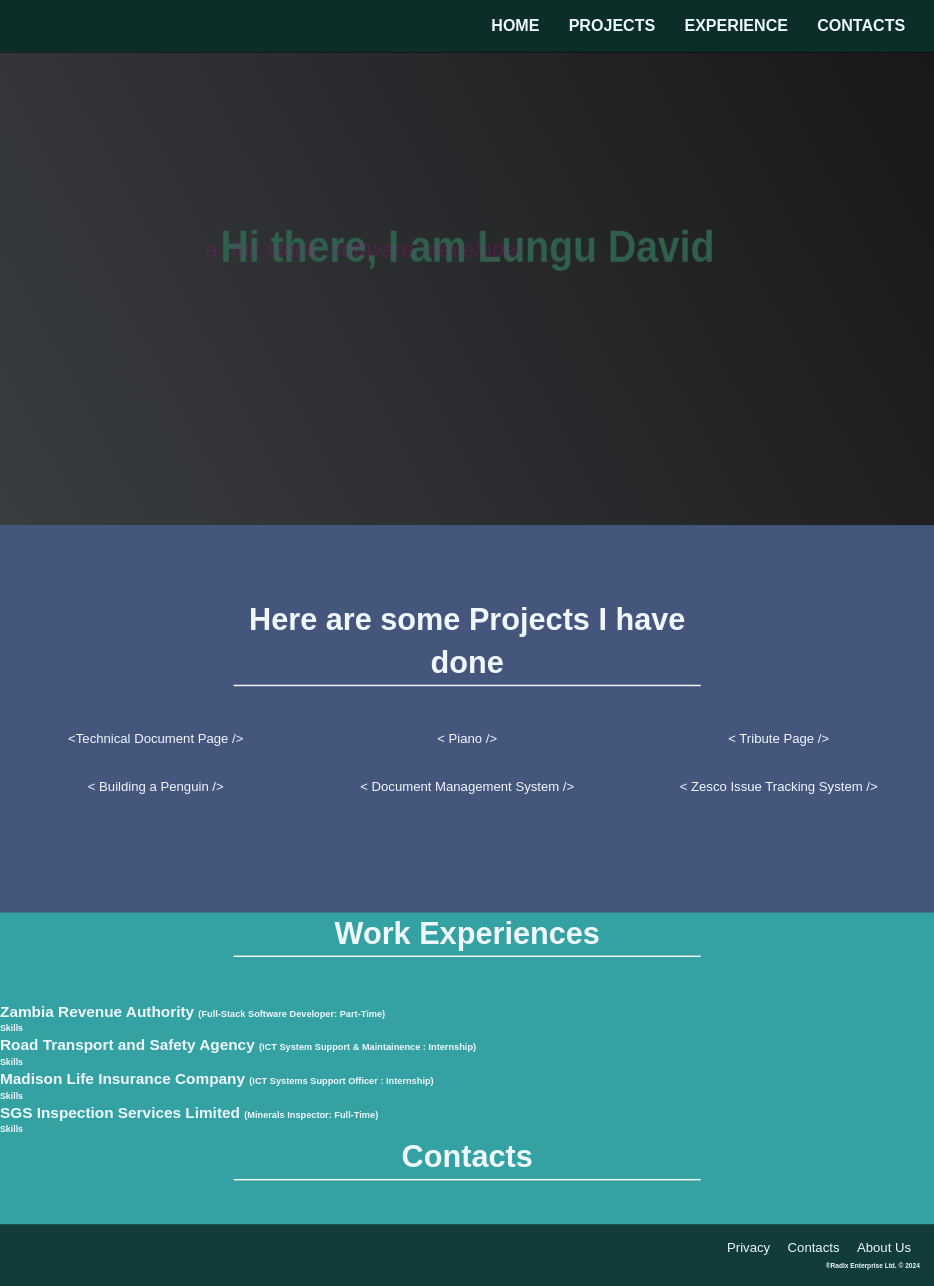
Repository: Lungdjos/personal_portifolio
Page: html/index.html
These files come from the project's save history. The page is drawn as it stood at one moment and after the next save; the edit follows.
The browser window is 1280 px wide. The pictures show the whole page, at 73% of full size.

Above is the page before, as saved 2024-02-04 00:12:14.

### html/index.html
<!DOCTYPE html>
<html lang="en">

<head>
    <meta charset="UTF-8">
    <meta name="viewport" content="width=device-width, initial-scale=1.0">
    <title>Personal Portifolio</title>
    <link rel="stylesheet" href="/css/styles.css">
</head>

<body>
    <header class="header">
        <nav id="navbar">
            <ul class="nav-list">
                <li><a href="#Home" class="nav-link"><i class=""></i>Home</a></li>
                <li>
                    <a href="#Projects" class="nav-link"> <i class=""></i>Projects</a>
                </li>
                <li>
                    <a href="#Work-Experience" class="nav-link"> <i class=""></i>Experience</a>
                </li>
                <li><a href="#Contacts" class="nav-link"><i class=""></i>Contacts</a></li>
            </ul>
        </nav>
    </header>
    <main class="m-3">
        <div id="spacer"></div>
        <section class="home" id="Home">
            <div id="welcome-section">
                <h1 id="title">Hi there, I am Lungu David</h1>
                <p id="sub-title"><span>a</span> <span>full-stack</span> <span>software</span> <span>developer</span></p>
            </div>
        </section>

        <div id="spacer"></div>
        <section class="project-section" id="Projects">
            <h2 id="project-heading" class="heading">Here are some Projects I have done</h2>

            <div class="project-grid">
                <a href="" target="_blank" class="project project-title">

                    <p class="project-title">
                        <span class="code">&lt;</span>Technical Document Page
                        <span class="code">/&gt;</span>
                    </p>

                </a>

                <a href="" target="_blank" class="project project-title">
                    <p class="project-title">
                        <span class="code">&lt;</span> Piano
                        <span class="code">/&gt;</span>
                    </p>
                </a>

                <a href="" target="_blank" class="project project-title">
                    <p class="project-title">
                        <span class="code">&lt;</span> Tribute Page
                        <span class="code">/&gt;</span>
                    </p>
                </a>

                <a href="" target="_blank" class="project project-title">
                    <p class="project-title">
                        <span class="code">&lt;</span> Building a Penguin
                        <span class="code">/&gt;</span>
                    </p>
                </a>

                <a href="" target="_blank" class="project project-title">
                    <p class="project-title">
                        <span class="code">&lt;</span> Document Management System
                        <span class="code">/&gt;</span>
                    </p>
                </a>

                <a href="" target="_blank" class="project project-title">
                    <p class="project-title">
                        <span class="code">&lt;</span> Zesco Issue Tracking System
                        <span class="code">/&gt;</span>
                    </p>
                </a>

            </div>
        </section>
        <div id="spacer"></div>
        <section class="" id="Work-Experience">
            <h2 class="heading work-exp-heading">Work Experiences</h2>
            <div id="grid">
                <div id="icon"></div>
                <div class="experience">
                    <h3>Zambia Revenue Authority <small>(Full-Stack Software Developer: Part-Time)</small></h3>
                    <h6 class="skills">Skills</h6>
                    <p>
                        <ul>
                            <li></li>
                            <li></li>
                            <li></li>
                            <li></li>
                        </ul>
                    </p>
                </div>
            </div>

            <div id="grid">
                <div id="icon"></div>
                <div class="experience">
                    <h3>Road Transport and Safety Agency <small>(ICT System Support & Maintainence : Internship)</small></h3>
                    <h6 class="skills">Skills</h6>
                    <p>
                        <ul>
                            <li></li>
                            <li></li>
                            <li></li>
                            <li></li>
                        </ul>
                    </p>
                </div>
            </div>

            <div id="grid">
                <div id="icon"></div>
                <div class="experience">
                    <h3>Madison Life Insurance Company <small>(ICT Systems Support Officer : Internship)</small></h3>
                    <h6 class="skills">Skills</h6>
                    <p>
                        <ul>
                            <li></li>
                            <li></li>
                            <li></li>
                            <li></li>
                        </ul>
                    </p>
                </div>
            </div>

            <div id="grid">
                <div id="icon"></div>
                <div class="experience">
                    <h3>SGS Inspection Services Limited <small>(Minerals Inspector: Full-Time)</small></h3>
                    <h6 class="skills">Skills</h6>
                    <p>
                        <ul>
                            <li></li>
                            <li></li>
                            <li></li>
                            <li></li>
                        </ul>
                    </p>
                </div>
            </div>
        </section>
        <div id="spacer"></div>
        <section class="contact" id="Contacts">
            <h2 class="heading contacts-heading">Contacts</h2>
        </section>
    </main>
    <footer>
        <ul>
            <li><a href="">Privacy</a></li>
            <li><a href="">Contacts</a></li>
            <li><a href="">About Us</a></li>
        </ul>
        <span>&REG;Radix Enterprise Ltd. &copy; 2024</span>
    </footer>
</body>

</html>

### css/styles.css
/** STYLING FOR THE PORTIFOLIO **/


/* the root selector */

:root {
    /* colors */
    --main-col: aliceblue;
    --bc-1: #34a2a2;
    --bc-2: #0b2e28;
    --bc-3: #123b3b;
    --bc-4: #45567d;
    /* values */
}


/* general stylings */

html {
    font-size: 62.5%;
    box-sizing: border-box;
    scroll-behavior: smooth;
}

* {
    margin: 0;
    padding: 0;
}


/* box-sizing and font sizing */

*,
*::before,
*::after {
    box-sizing: inherit;
}


/* body styling */

body {
    font-family: 'Poppins', sans-serif;
    font-size: 1.8rem;
    font-weight: 400;
    line-height: 1.4;
    color: var(--main-col);
    background-color: var(--bc-1);
}


/* headings styling */

h1,
h2 {
    font-family: 'Raleway', sans-serif;
    font-weight: 600;
    text-align: center;
}

h1 {
    font-size: 6rem;
}

h2 {
    font-size: 4.2rem;
}

small {
    font-size: 60%;
}


/* List and anchor styling */

ul {
    list-style: none;
}

a {
    color: var(--main-col);
    text-decoration: none;
}

img {
    display: block;
    width: 100%;
}


/** NAVIGATION BAR */


/* nav bar styling */

nav {
    font-weight: 600;
}

.header {
    display: flex;
    justify-content: flex-end;
    position: fixed;
    top: 0;
    left: 0;
    width: 100%;
    box-shadow: 0 2px 0 rgba(0, 0, 0, 0.4);
    z-index: 10;
    background-color: var(--bc-2);
}

nav>ul {
    display: flex;
    margin-right: 2rem;
    text-transform: uppercase;
}

.nav-list a {
    display: block;
    font-size: 2.2rem;
    padding: 2rem;
}

.nav-list a:hover {
    background: var(--bc-4);
}


/* body styling */

#spacer {
    max-width: 1000px;
    width: 100%;
    margin: 0 auto;
}

main>li {
    list-style-type: disc;
}


/** HOME PAGE */


/* Styling or the Home Page */

.home {
    width: 100%;
    height: 100vh;
    display: flex;
    flex-direction: column;
    justify-content: center;
    align-items: center;
    background: inherit;
    background-image: linear-gradient(62deg, #3a3d40 0%, #181719 100%);
}

#welcome-section>p {
    font-size: 3rem;
    font-weight: 200;
    font-style: italic;
    color: #d0a;
}

#title {
    transform-origin: center;
    animation: rotateAndChangeColor 14s infinite ease-in-out;
}

#sub-title {
    text-indent: 10px;
}

#sub-title span {
    display: inline-block;
    animation: fallAnimation 4s infinite ease-in-out forwards;
}


/** PROJECTS */


/* styling for projects */

.project-section {
    text-align: center;
    padding: 10rem 2rem;
    background: var(--bc-4);
}

.heading {
    max-width: 640px;
    margin: 0 auto 6rem auto;
    border-bottom: .2rem solid var(--main-col);
}


/* grids */

.project-grid {
    display: grid;
    grid-template-columns: repeat(auto-fit, minmax(360px, 1fr));
    grid-gap: 4rem;
    width: 100%;
    max-width: 1280px;
    margin: 0 auto;
    margin-bottom: 6rem;
}


/* Work Experience */


/* #Work-Experience #icon {
    display: flex;
    flex-direction: column;
    justify-content: center;
    height: 150px;
    width: 20vw;
}

#Work-Experience .experience {
    display: flex;
    flex-direction: column;
    justify-content: center;
    height: 125px;
    width: 80vw;
    padding: 5px;
} */


/** FOOTER */


/* footer styling */

footer {
    margin-top: 25px;
    padding: 20px;
    width: 100%;
    background-color: var(--bc-3);
}

footer>ul {
    display: flex;
    justify-content: flex-end;
}

footer>ul>li {
    padding: 0 12px;
}

footer>span {
    display: flex;
    justify-content: flex-end;
    margin-top: 6px;
    font-size: .9rem;
    font-weight: bold;
}


/** ANIMATIONS AND EFFECTS */


/* Welcome Page Animations */

@keyframes rotateAndChangeColor {
    0% {
        transform: rotateY(0deg);
        color: #333;
    }
    30% {
        transform: rotateY(360deg);
        color: #2e604a;
    }
    60% {
        transform: rotate(0deg);
        color: #45567d;
    }
    90% {
        transform: rotate(360deg);
        color: #ff6347;
    }
}

@keyframes fallAnimation {
    0% {
        transform: translateY(-60px);
        opacity: 0;
    }
    50% {
        transform: translateY(-60px);
        opacity: 0.4;
    }
    100% {
        transform: translateY(0);
        opacity: 1;
    }
}


/** STYLING FOR SMALL DEVICES */


/* 1200px / 16px = 75em */

@media (max-width: 75em) {
    html {
        font-size: 60%;
    }
}


/* 980px / 16px = 61.25em */

@media (max-width: 61.25em) {
    html {
        font-size: 58%;
    }
}


/* 460px / 16px = 28.75em */

@media (max-width: 28.75em) {
    html {
        font-size: 55%;
    }
}


/* nav bar media queries */

@media (max-width: 28.75em) {
    #navbar {
        justify-content: center;
    }
    .nav-list {
        margin: 0 1rem;
    }
}


/* projects media query */

@media (max-width: 28.75em) {
    #project-heading {
        font-size: 4rem;
    }
}

After the next save:
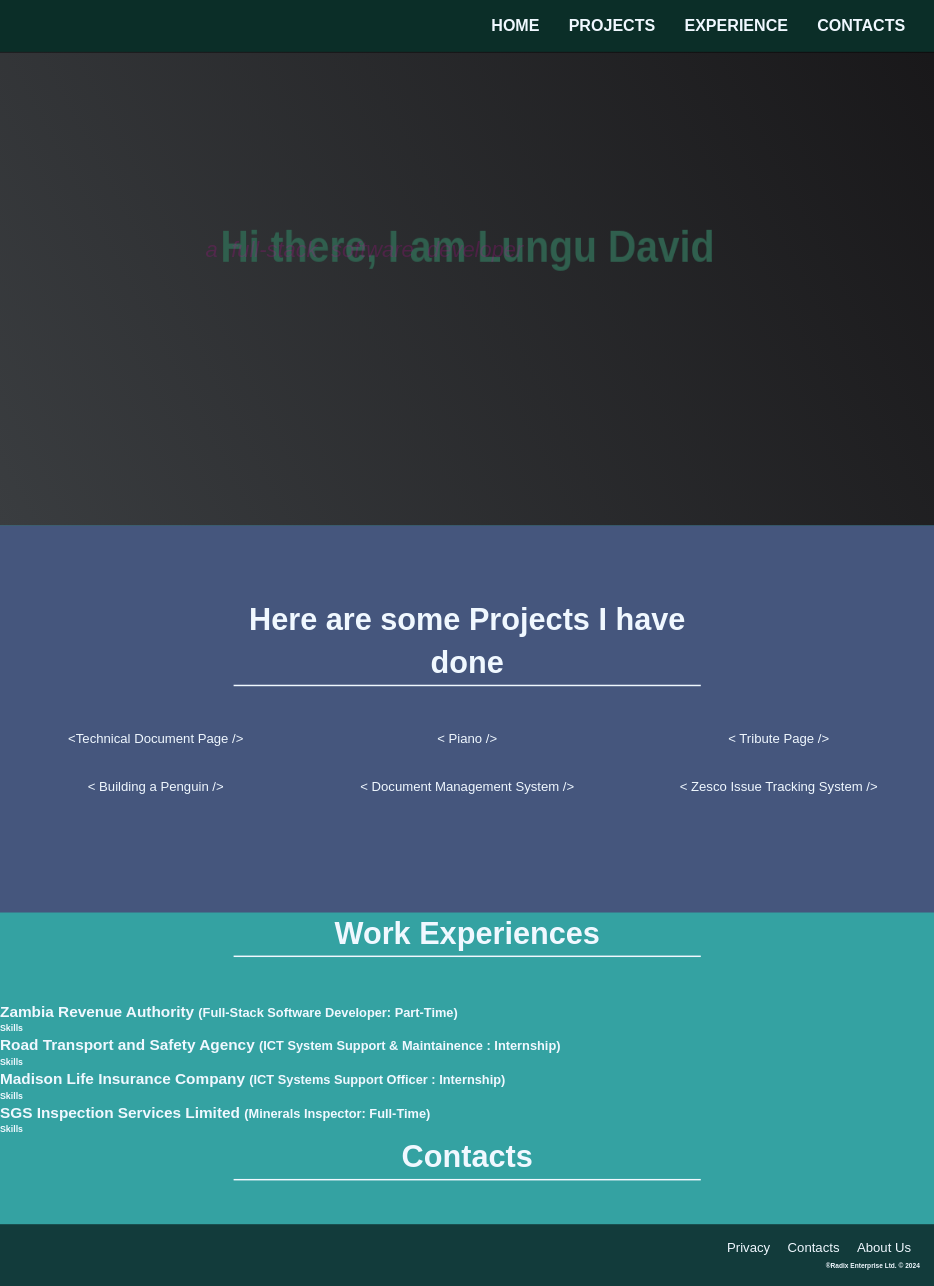
Saved 17 s later.
--- a/css/styles.css
+++ b/css/styles.css
@@ -66,10 +66,6 @@
     font-size: 4.2rem;
 }
 
-small {
-    font-size: 60%;
-}
-
 
 /* List and anchor styling */
 

After the save that followed:
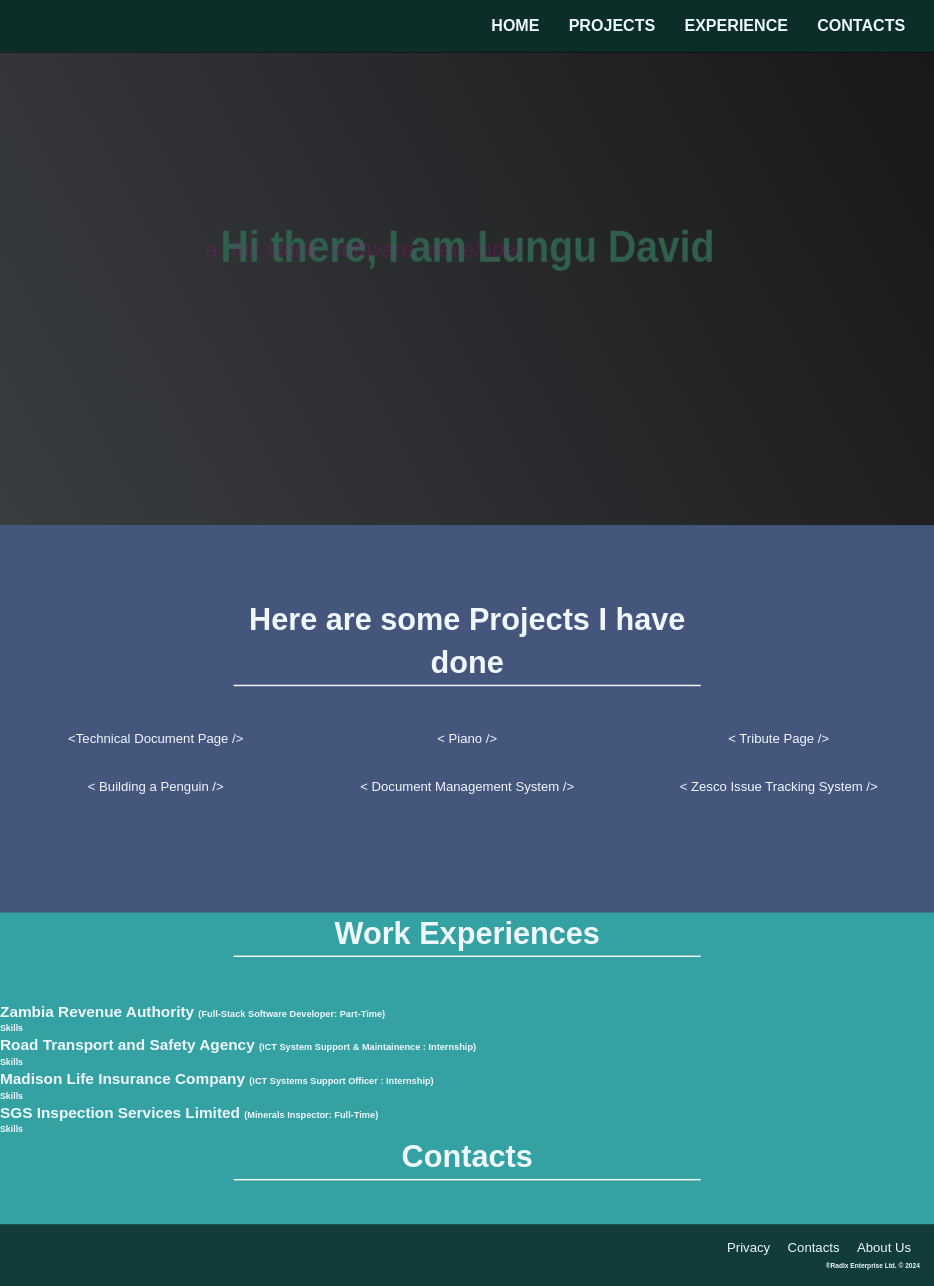
Saved 15 s later.
--- a/css/styles.css
+++ b/css/styles.css
@@ -206,6 +206,10 @@
 
 /* Work Experience */
 
+small {
+    font-size: 60%;
+}
+
 
 /* #Work-Experience #icon {
     display: flex;
